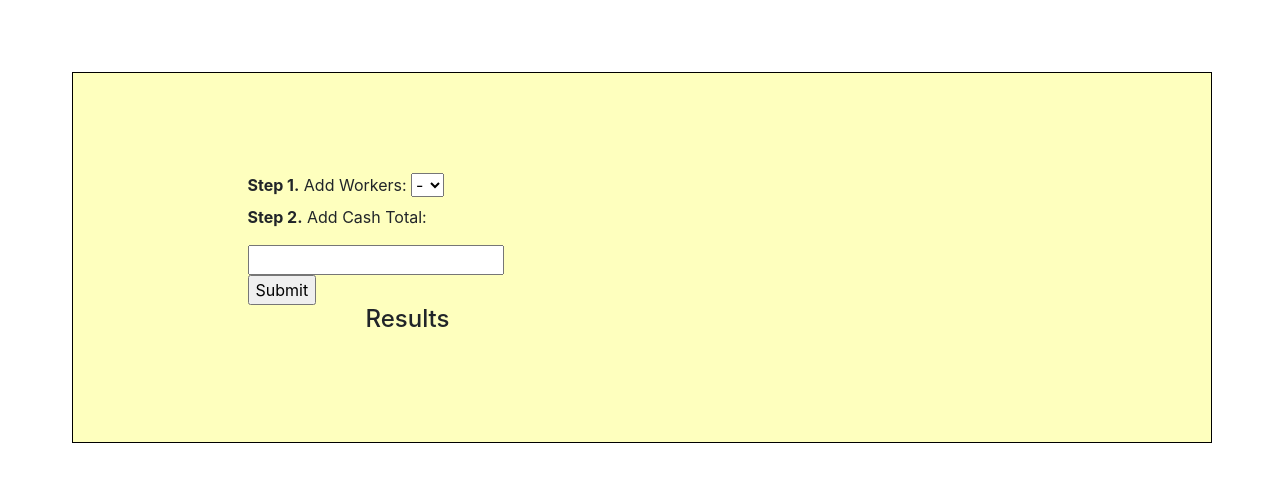
Repository: PBillingsby/on-the-fly
Page: on-the-fly-frontend/index.html
An editor plug-in stored every save of this project. The page is shown before and after a run of saves, followed by the edit.
The browser window is 1280 px wide. The pictures show the whole page.

Above is the page before, as saved 2020-07-13 16:21:40.

### on-the-fly-frontend/index.html
<!DOCTYPE html>
<html lang="en">
<head>
  <meta charset="UTF-8">
  <meta name="viewport" content="width=device-width, initial-scale=1.0">
  <meta http-equiv="X-UA-Compatible" content="ie=edge">
  <link rel="stylesheet" href="https://stackpath.bootstrapcdn.com/bootstrap/4.3.1/css/bootstrap.min.css" integrity="sha384-ggOyR0iXCbMQv3Xipma34MD+dH/1fQ784/j6cY/iJTQUOhcWr7x9JvoRxT2MZw1T" crossorigin="anonymous">
  <link rel="stylesheet" href="css/style.css">
  <script src="scripts/tipScript.js"></script>
  <title>Document</title>
</head>
<body>
  <div class="container">

      <div class="tip-calculator mx-auto">
          <div id="worker-form" class="mx-auto">
            <label><strong>Step 1.</strong> Add Workers:</label>
            <select name="worker" id="addworker" onchange="addWorker(value)">
              <option value="-" disable>-</option>
              <option value="1">1</option>
              <option value="2">2</option>
              <option value="3">3</option>
              <option value="4">4</option>
              <option value="5">5</option>

            </select>

            <form id="form-block">
            </form>
            <p><strong>Step 2.</strong> Add Cash Total:</p><input type="number" placeholder="" id="cashTips"></span>
            <input type="submit" placeholder="Add Cash" onclick="calculateTips()">

          </div>
          <div id="results" class="mx-auto">
            <h4 class="text-center">Results</h4>
          </div>
        </div>
  </div>

</body>
</html>

### on-the-fly-frontend/css/style.css
.container {
  background-color: rgb(254, 255, 190);
  margin: 10vh;
  display: grid;
  grid-template-columns: 1fr 1fr;
  border: 1px solid black;
  padding: 100px;
}

.tip-calculator {
  width: 25vw;
}
@media(max-width: 640px) {
  .container {
    width: 75%;
    display: block;
    text-align: center;
    padding: 25px;
  }
  #worker-form {
    padding: 10px;
  }
}

### on-the-fly-frontend/scripts/tipScript.js
function addWorker(value) {
  const form = document.getElementById('form-block');
  form.addEventListener("submit", () => {
    event.preventDefault();
  })
  for (i = 0; i < value; i++) {
    const newForm = `
  <div id="worker[${i + 1}]" class="worker-div">
    <h4>Worker ${i + 1}</h4>
    <div class="form-group">
      <input type="text" name="worker" class="" placeholder="Worker Name">
    </div>
    <div class="form-group">
      <input type="number" name="hours" placeholder="Hours Worked">
    </div>
  </div>`;
    document.getElementById('form-block').innerHTML += newForm;
  }
  if (document.getElementById('form-block').childNodeCount > 0) {
      event.preventDefault();
      }
}

function calculateTips() {
  let workers = [];
  let cashTip = parseInt(document.getElementById('cashTips').value)
  for (let i = 0; i < document.getElementsByClassName('worker-div').length; i++) {
    let workerInfo = {
      name: document.getElementById(`worker[${i + 1}]`).querySelector('input').value,
      hours: parseInt(document.getElementById(`worker[${i + 1}]`).querySelectorAll('input')[1].value) // Multiply by hourly
    }
    workers.push(workerInfo)
  }
  returnTips(workers, cashTip);
}

function returnTips(arr, cashTips) {
  let count = 0;
  arr.forEach(obj => count += obj.hours)
  const hourly = cashTips / count;
  arr.forEach(worker => {
    document.getElementById('results').innerHTML = `<h4>${worker.name} you made $${parseFloat(worker.hours * hourly).toFixed(2)}</h4>`;
  })
  document.getElementById('results').innerHTML += ` <button type="submit" onclick="refreshPage()">Reload</button>`
}

After the next 2 saves:
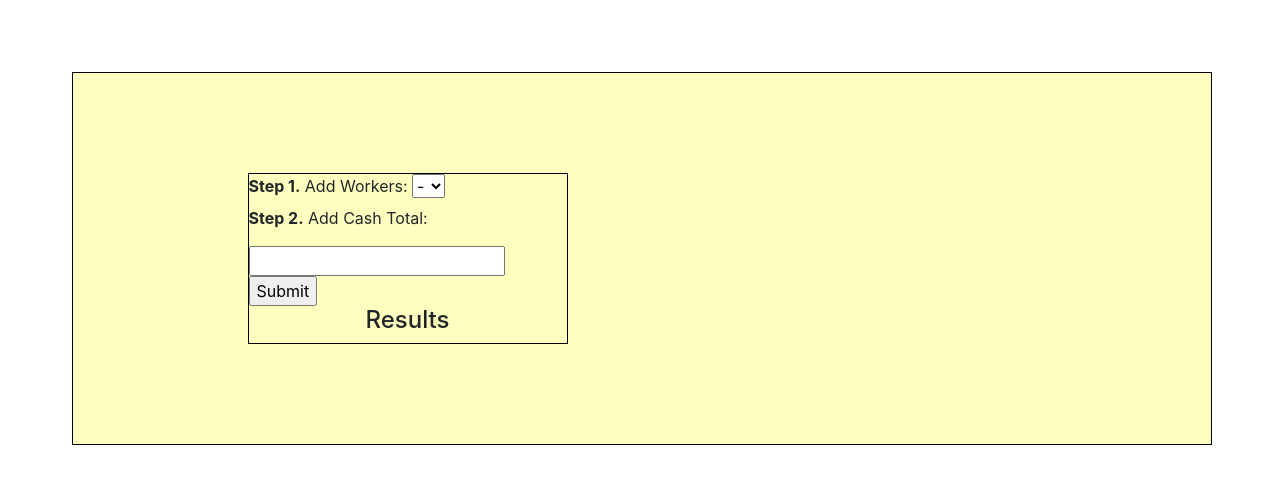
The 2 saves are shown as one change because they came seconds apart.
The last was saved 17 s later.
--- a/on-the-fly-frontend/css/style.css
+++ b/on-the-fly-frontend/css/style.css
@@ -9,6 +9,7 @@
 
 .tip-calculator {
   width: 25vw;
+  border: 1px solid black
 }
 @media(max-width: 640px) {
   .container {
